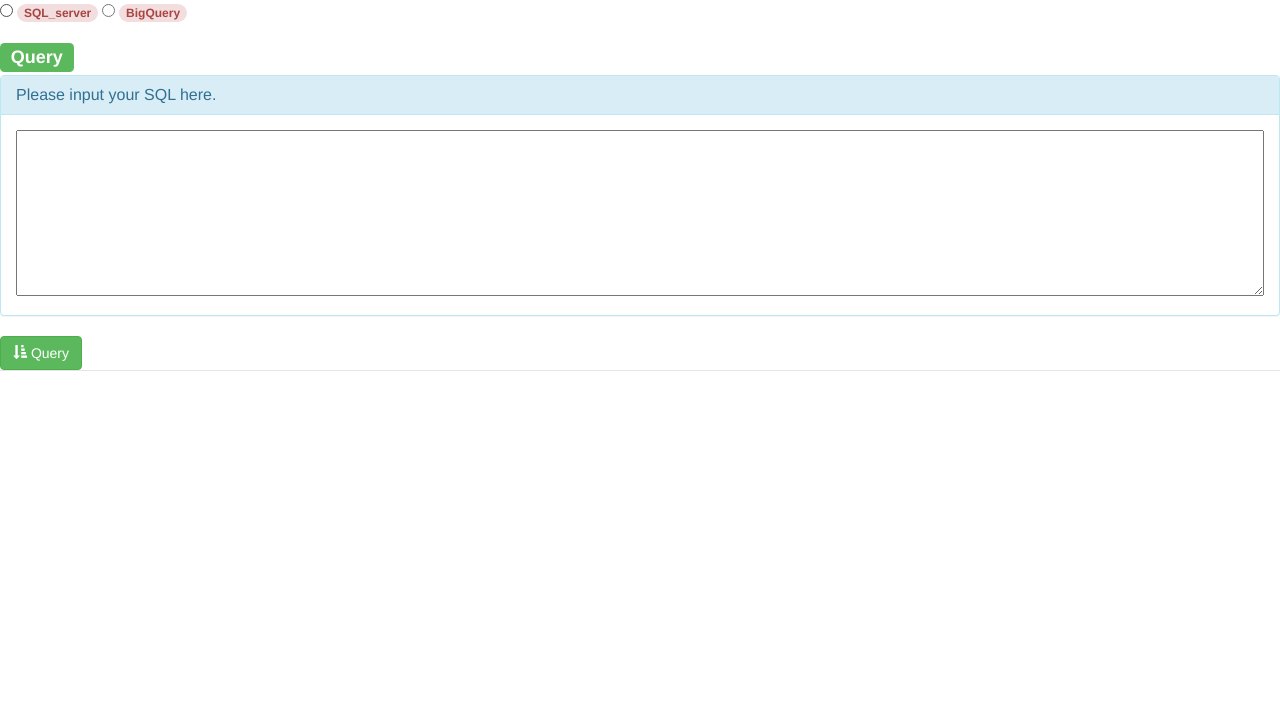
Repository: zhoutian0930ru/database_web
Page: workspace_webapplication_sqlserver_bigquery/project2_test1/WebContent/sql_changed.html
An editor plug-in stored every save of this project. The page is shown before and after the next save, followed by the edit.
The browser window is 1280 px wide. The pictures show the whole page.
Some web libraries are served in a nearby version.

Above is the page before, as saved 2018-12-12 02:46:22.
Console error: TypeError: Cannot set properties of null (setting 'innerHTML')

After the next save:
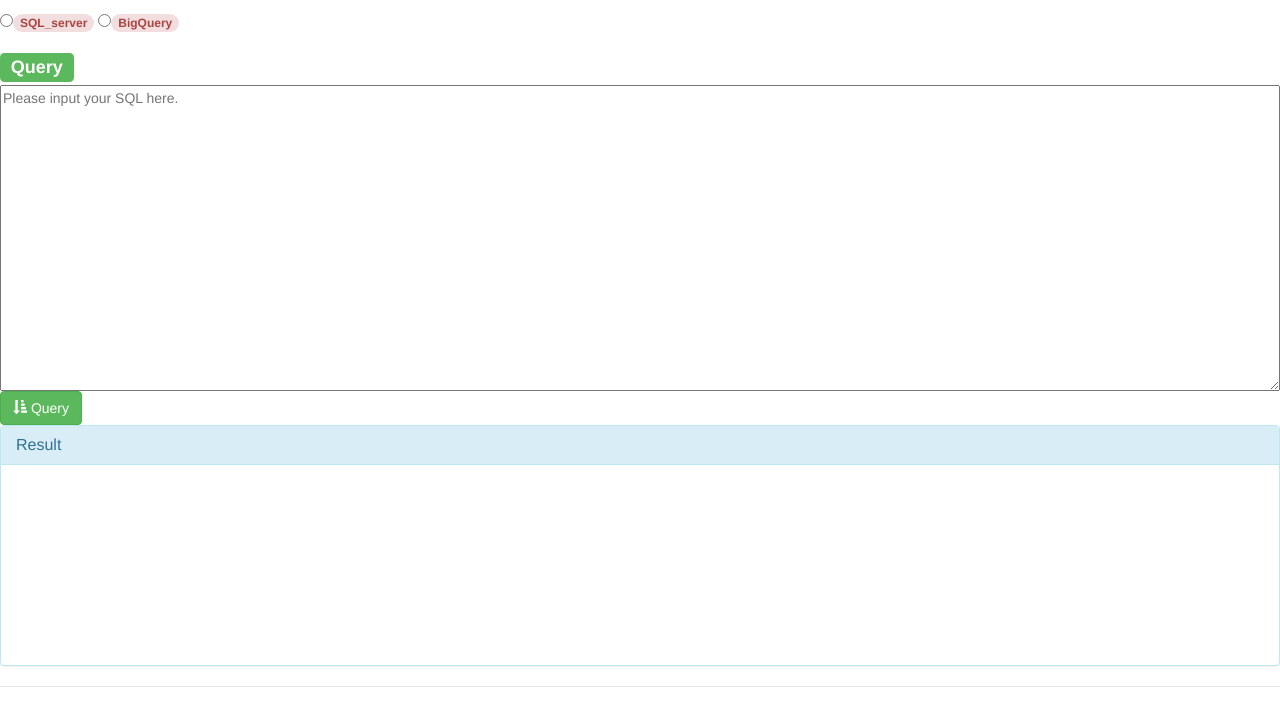
Saved 13 min 9 s later.
--- a/workspace_webapplication_sqlserver_bigquery/project2_test1/WebContent/sql_changed.html
+++ b/workspace_webapplication_sqlserver_bigquery/project2_test1/WebContent/sql_changed.html
@@ -25,38 +25,41 @@
 	</script>
 
 	<title>CS 539</title>
-	<link rel="stylesheet" href="https://cdn.staticfile.org/twitter-bootstrap/3.3.7/css/bootstrap.min.css">
+		<link rel="stylesheet" href="https://cdn.staticfile.org/twitter-bootstrap/3.3.7/css/bootstrap.min.css">
 	<script src="https://cdn.staticfile.org/jquery/2.1.1/jquery.min.js"></script>
 	<script src="https://cdn.staticfile.org/twitter-bootstrap/3.3.7/js/bootstrap.min.js"></script>
+
 </head>
-
 <body onload="timedCount()">
+	<p></p>
+	<span>  </span>
 	<label>
-	     <input type="radio" name="clickIn" value="clickIn" id="mysql"/> <span class="badge alert-danger">SQL_server</span>
-	     <input type="radio" name="clickIn" value="clickIn" id="redshift"/> <span class="badge alert-danger">BigQuery</span>
+	     <input type="radio" name="clickIn" value="clickIn" id="mysql"/><span class="badge alert-danger"> SQL_server</span>
+	     <span>  </span>
+	     <input type="radio" name="clickIn" value="clickIn" id="redshift"/><span class="badge alert-danger"> BigQuery</span>
 	</label>
 	<h3>
 		<span class="label label-success">Query</span>
 	</h3>
 
 	<div class="query">
-		<div class="panel panel-info">
-			<div class="panel-heading">
-				<h3 class="panel-title">Please input your SQL here.</h3>
-			</div>
-			<div class="panel-body" style="height:200px;">
-				<textarea class="comments" type="text" placeholder="" rows="8" cols="50"></textarea>
-			</div>
-		</div>
-
+		<textarea class="comments" type="text" placeholder="Please input your SQL here." rows="15" cols="50"></textarea>
+		<br>
 	  	<button type="button" class="btn btn-default btn-mid btn-success">
 	  		<span class="glyphicon glyphicon-sort-by-attributes"></span> Query
-	  	</button><br>
+	  	</button>		<br>
 	</div>
 
 	<div id='dv'></div>
-		<table id="table1"></table>
 
+	<div class="panel panel-info">
+			<div class="panel-heading">
+				<h3 class="panel-title">Result</h3>
+			</div>
+			<div class="panel-body" style="height:200px;">
+				<table id="table1"></table>
+			</div>
+		</div>
 
 	<form >
 		<fieldset>
